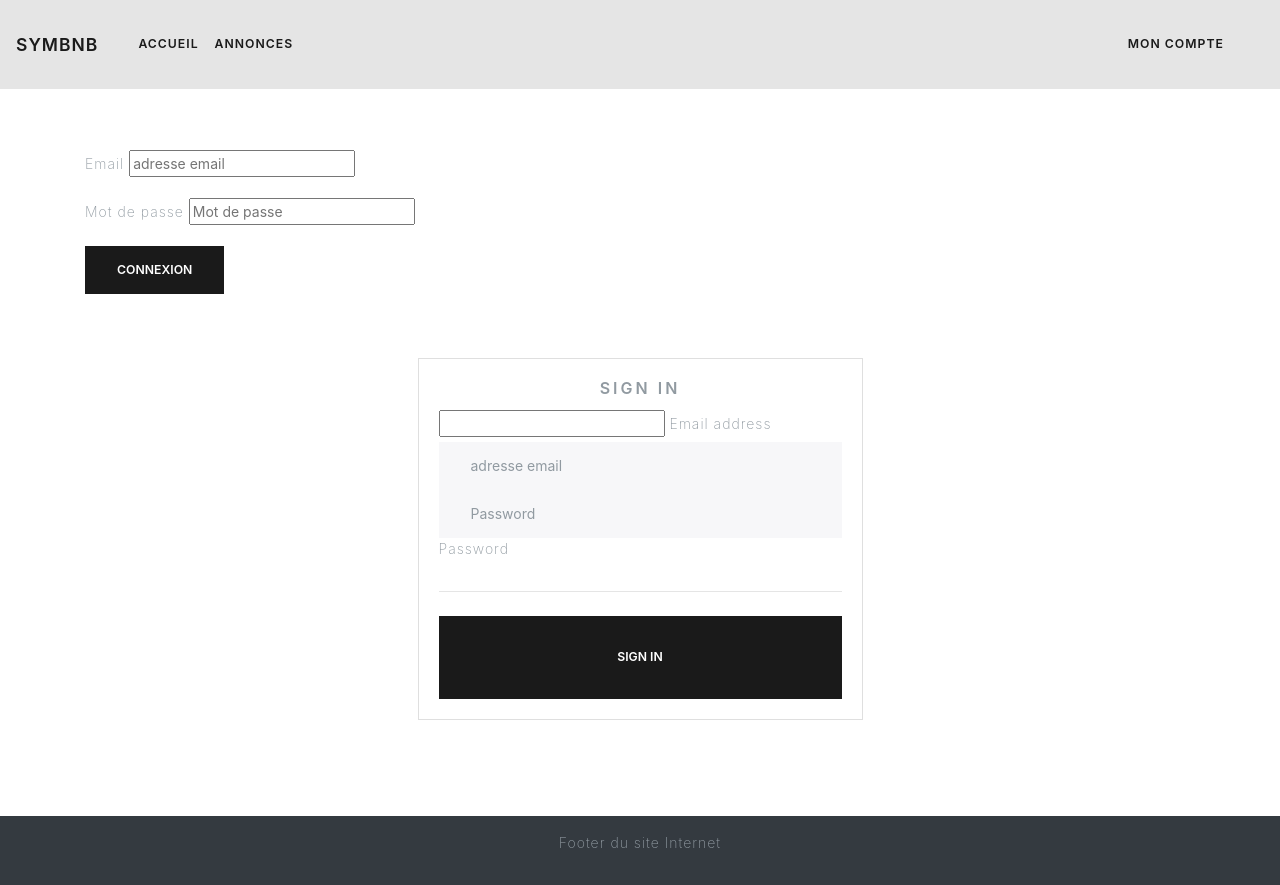
Repository: buzzEclair/symbnb
Page: templates/account/login.html.twig
The author's editor kept a copy of each file at every save. The page is drawn from the files as they stood at one save, then again after the next save.
The browser window is 1280 px wide. The pictures show the whole page.
Some web fonts or font styles are not loaded; a fallback is used. The page is a Twig template of a Symfony application; nobody is signed in and links lead nowhere. The template is opened directly, without the code that normally fills it, so the values that code supplies are empty.

Above is the page before, as saved 2019-03-03 17:02:38.

After the next save:
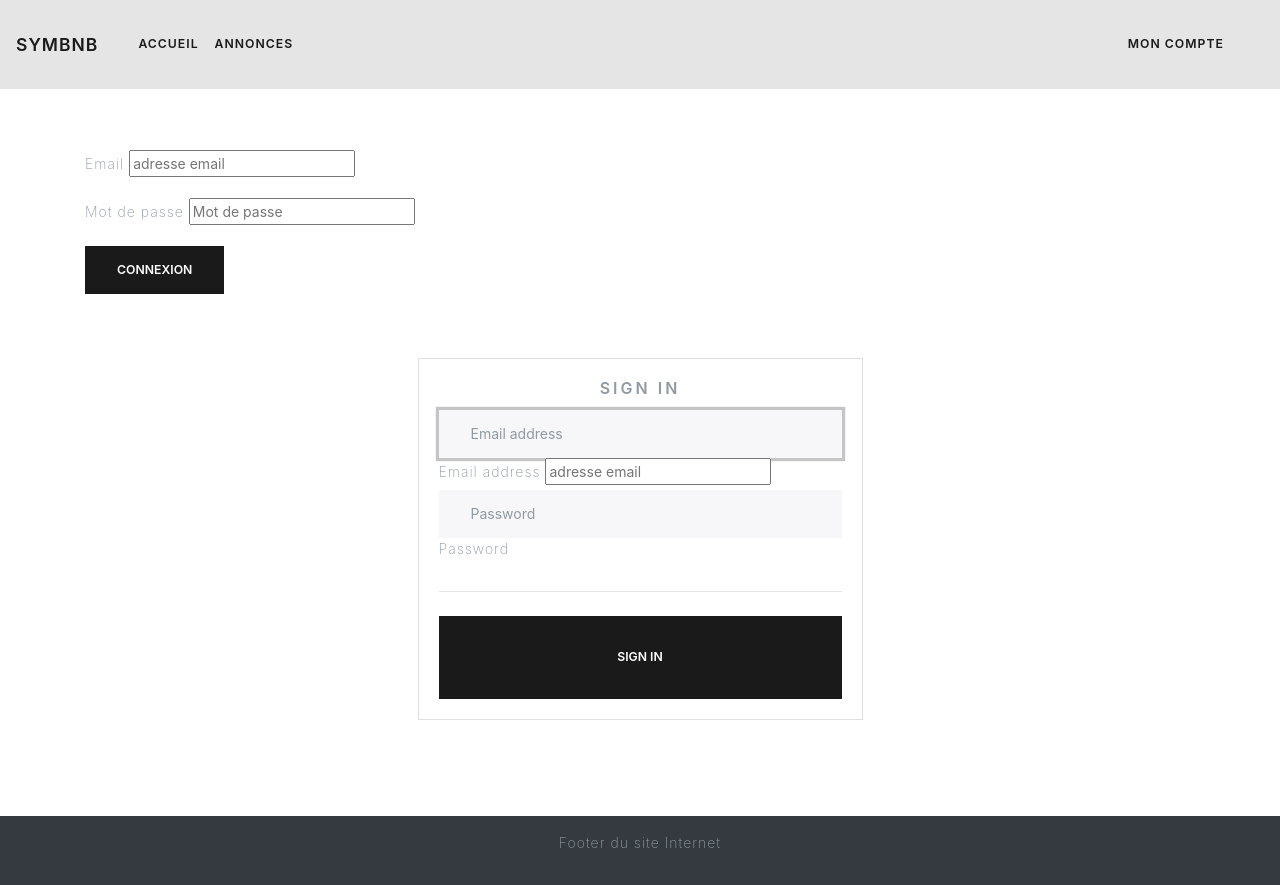
Saved 53 s later.
--- a/templates/account/login.html.twig
+++ b/templates/account/login.html.twig
@@ -24,9 +24,9 @@
             <h5 class="card-title text-center">Sign In</h5>
             <form class="form-signin">
             <div class="form-label-group">
-                <input type="email" id="inputEmail" tofocus>
+                <input type="email" id="inputEmail" class="form-control" placeholder="Email address" required autofocus>
                 <label for="email">Email address</label>
-                <input type="text" name="_username" id="email" placeholder="adresse email" class="form-control" placeholder="Email address" required au>
+                <input type="text" name="_username" id="email" placeholder="adresse email">
             </div>
 
             <div class="form-label-group">
